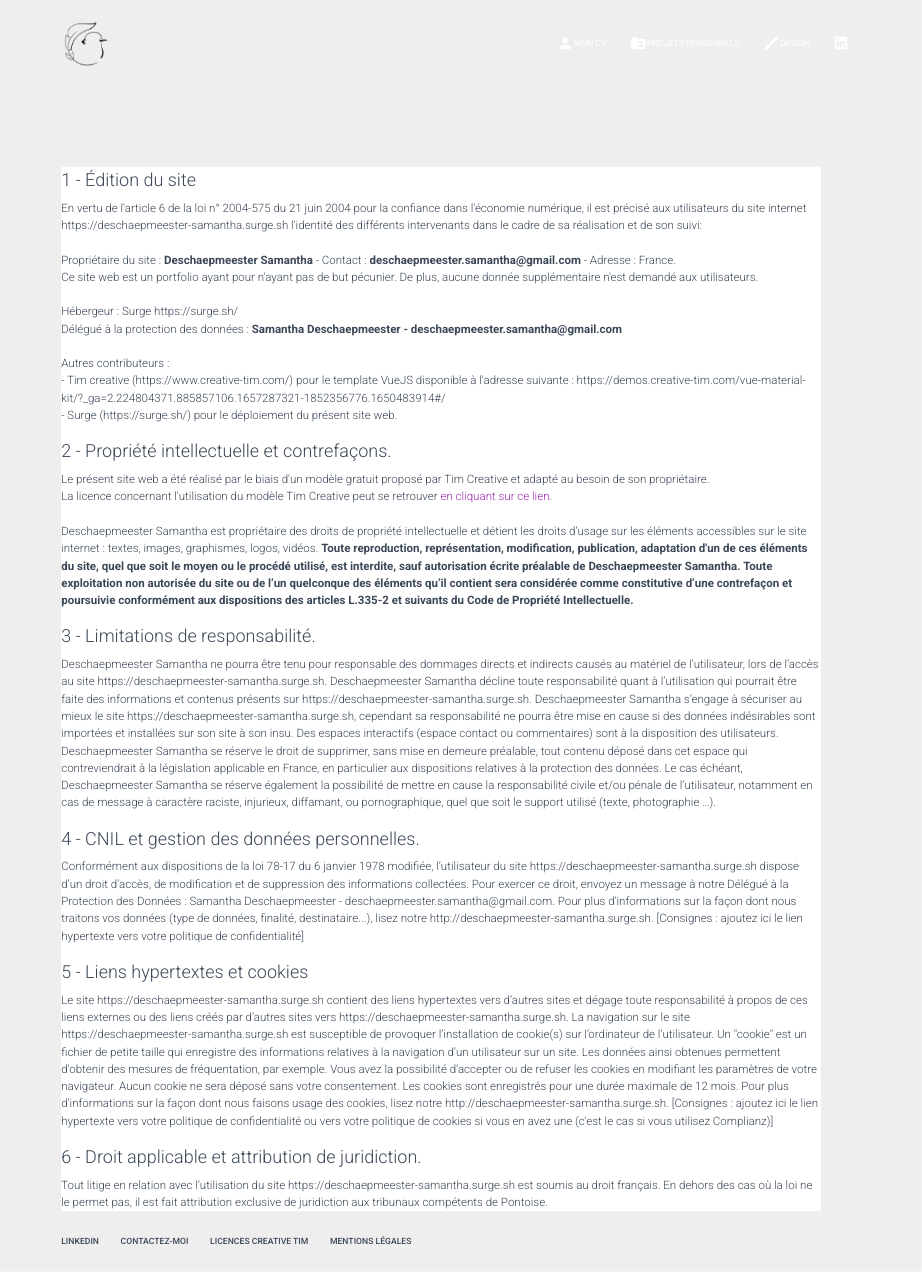
Repository: sdeschaepmeester/NewPortfolio
Page: /#/mentions
The author's editor kept a copy of each file at every save. The page is drawn from the files as they stood at one save, then again after the next save.
The browser window is 1280 px wide. The pictures show the whole page, at 72% of full size.
Some web libraries are served in a nearby version. The project was rebuilt for these pictures with package versions that can differ from the ones it lists, and the page was loaded fresh each time. Also part of the build but not shown: vue.config.js, src/views/components/APropos.vue, src/views/components/NavigationSection.vue, src/views/components/SmallNavigationSection.vue, src/components/Dropdown.vue, src/components/Parallax.vue, src/components/Pagination.vue, src/components/Slider.vue and 14 more.

Above is the page before, as saved 2022-07-11 19:50:24.

After the next save:
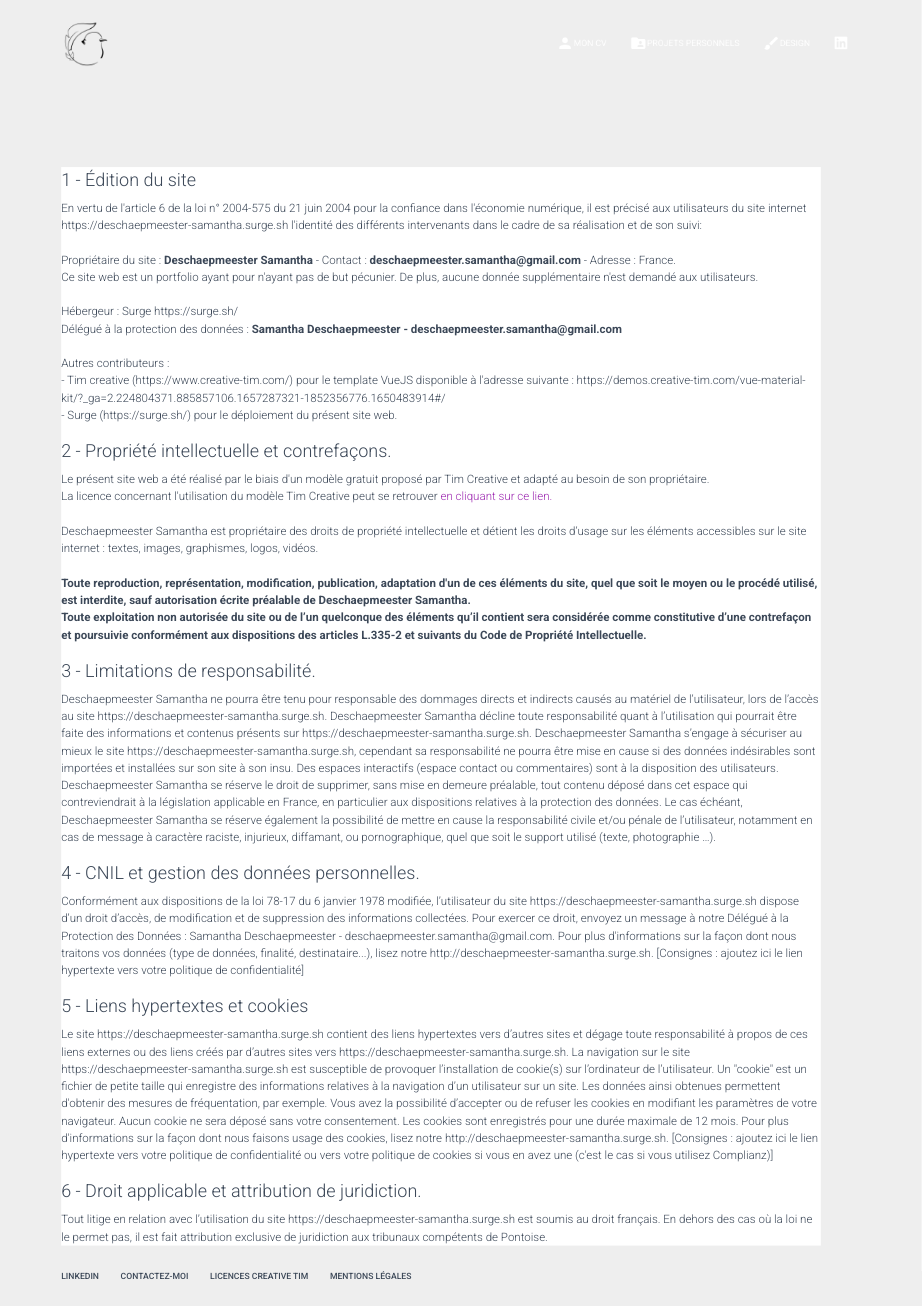
Saved 17 s later.
--- a/src/views/MentionsLegales.vue
+++ b/src/views/MentionsLegales.vue
@@ -49,8 +49,10 @@ La licence concernant l'utilisation du modèle Tim Creative peut se retrouver <a
 
 Deschaepmeester Samantha est propriétaire des droits de propriété intellectuelle et détient les droits d’usage sur les éléments accessibles sur le site internet : textes, images, graphismes, logos, vidéos.
 
+<br/><br/>
 <span style="fontWeight: bold">
 Toute reproduction, représentation, modification, publication, adaptation d'un de ces éléments du site, quel que soit le moyen ou le procédé utilisé, est interdite, sauf autorisation écrite préalable de Deschaepmeester Samantha.
+<br/>
 Toute exploitation non autorisée du site ou de l’un quelconque des éléments qu’il contient sera considérée comme constitutive d’une contrefaçon et poursuivie conformément aux dispositions des articles L.335-2 et suivants du Code de Propriété Intellectuelle.
 </span>
 
